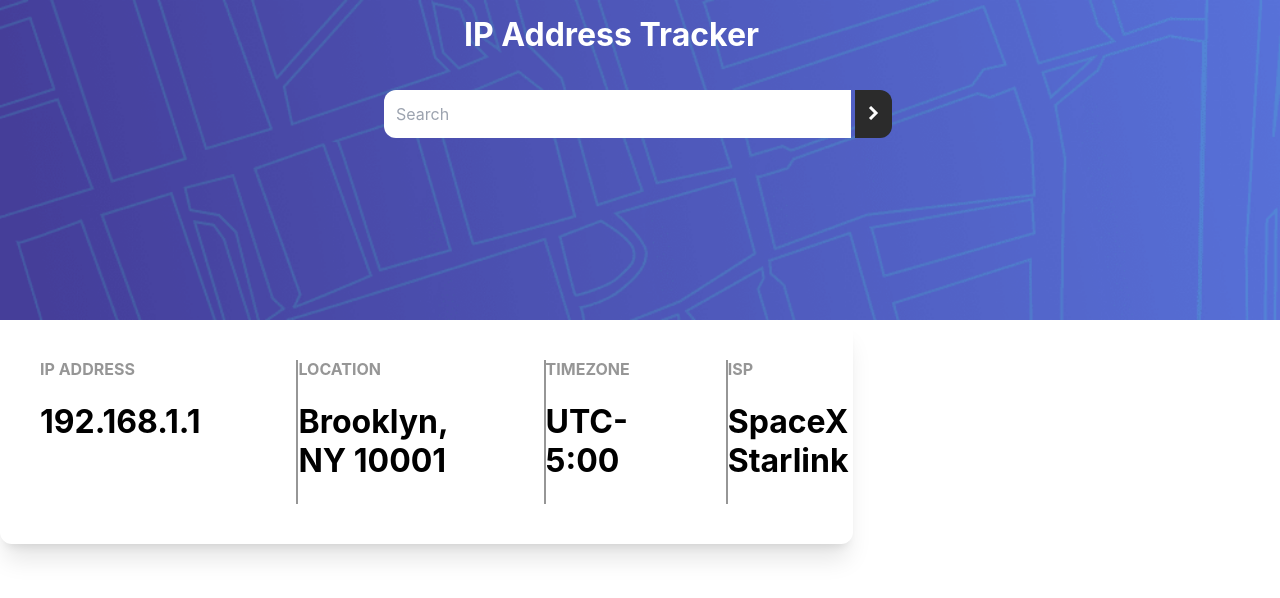
Repository: Dealsy/IP-Tracker
Page: /
The author's editor kept a copy of each file at every save. The page is drawn from the files as they stood at one save, then again after the next save.
The browser window is 1280 px wide. The pictures show the whole page.
The project was rebuilt for these pictures with package versions that can differ from the ones it lists, and the page was loaded fresh each time. The framework's server and built-in components were replaced by stand-ins that run in the browser. Also part of the build but not shown: next.config.js.

Above is the page before, as saved 2022-04-21 22:40:25.

### pages/index.js
import Head from "next/head";
import Arrow from "../images/icon-arrow.svg";
import Image from "next/image";

export default function Home() {
  return (
    <div>
      <Head>
        <title>Create Next App</title>
        <meta name="description" content="Generated by create next app" />
        <link rel="icon" href="/favicon.ico" />
      </Head>

      <main>
        <div className="  ">
          <div className="bg-Backdrop h-80 bg-no-repeat	 bg-cover relative ">
            <h2 className="text-white w-96 m-auto p-4">IP Address Tracker</h2>
            <div className="w-120 m-auto">
              <div className="flex flex-row items-baseline">
                <input
                  className="p-3 w-300 mt-5 rounded-l-xl"
                  type="search"
                  placeholder="Search"
                />
                <button className="bg-Dark-Gray p-3  rounded-r-xl hover:bg-hoverGray m-1 w-14">
                  <Image src={Arrow} alt="Arrow" />{" "}
                </button>
              </div>
            </div>
          </div>

          <div className="flex flex-row justify-evenly border-0 shadow-xl w-4/6 m-auto rounded-xl p-10 absolute top-25 z-40 ">
            <div className=" border-r-2 border-Gray pr-24">
              <h3>IP ADDRESS</h3>
              <h2> 192.168.1.1 </h2>
            </div>
            <div className=" border-r-2 border-Gray pr-24">
              <h3> LOCATION </h3>
              <h2> Brooklyn, NY 10001 </h2>
            </div>
            <div className=" border-r-2 border-Gray pr-24">
              <h3>TIMEZONE</h3>
              <h2> UTC-5:00 </h2>
            </div>
            <div>
              <h3>ISP</h3>
              <h2>SpaceX Starlink</h2>
            </div>
          </div>
        </div>
      </main>

      <footer></footer>
    </div>
  );
}

### styles/globals.css
@tailwind base;
@tailwind components;
@tailwind utilities;


h1 {
  font-size: 2.5rem;
  font-weight: 700;
  line-height: 1.2;
  margin-bottom: 1.5rem;
}

h2 {
  font-size: 2rem;
  font-weight: 700;
  line-height: 1.2;
  margin-bottom: 1.5rem;
}

h3 {
  font-size: 1rem;
  font-weight: 700;
  line-height: 1.2;
  margin-bottom: 1.5rem;
  color: #969696;
}


html,
body {
  padding: 0;
  margin: 0;
  font-family: -apple-system, BlinkMacSystemFont, Segoe UI, Roboto, Oxygen,
    Ubuntu, Cantarell, Fira Sans, Droid Sans, Helvetica Neue, sans-serif;
}

a {
  color: inherit;
  text-decoration: none;
}

* {
  box-sizing: border-box;
}

### tailwind.config.js
module.exports = {
  content: [
    "./pages/**/*.{js,ts,jsx,tsx}",
    "./components/**/*.{js,ts,jsx,tsx}",
  ],
  theme: {
    extend: {
      colors: {
        "Dark-Gray": "#2b2b2b",
        Gray: "#969696",
        hoverGray: "#3f3f3f",
      },
      backgroundImage: {
        Backdrop: "url('../images/pattern-bg.png')",
      },
      width: {
        100: "28rem",
        105: "29rem",
        110: "30rem",
        115: "31rem",
        120: "32rem",
        125: "33rem",
        130: "34rem",
        135: "35rem",
        140: "36rem",
        145: "37rem",
        150: "38rem",
        155: "39rem",
        160: "40rem",
        165: "41rem",
        170: "42rem",
        175: "43rem",
        180: "44rem",
        185: "45rem",
        300: "72rem",
      },
    },
  },
  plugins: [],
};

Loaded but not shown: pages/_app.js (common file)

After the next save:
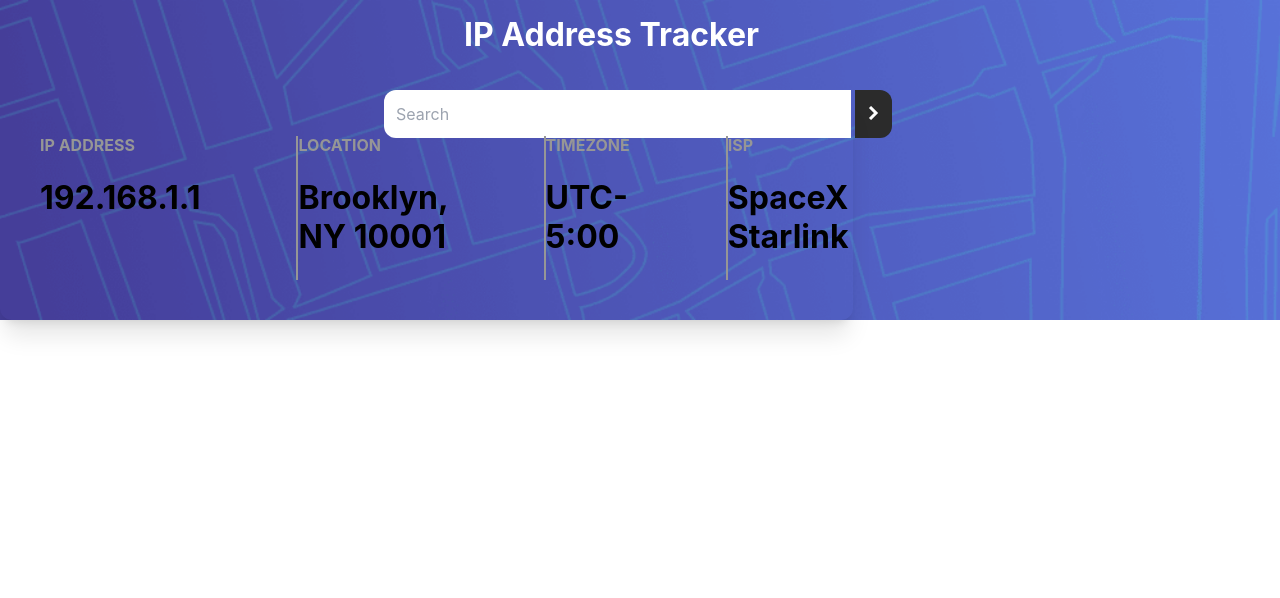
Saved 5 s later.
--- a/pages/index.js
+++ b/pages/index.js
@@ -29,7 +29,7 @@
             </div>
           </div>
 
-          <div className="flex flex-row justify-evenly border-0 shadow-xl w-4/6 m-auto rounded-xl p-10 absolute top-25 z-40 ">
+          <div className="flex flex-row justify-evenly border-0 shadow-xl w-4/6 m-auto rounded-xl p-10 absolute top-24 z-40 ">
             <div className=" border-r-2 border-Gray pr-24">
               <h3>IP ADDRESS</h3>
               <h2> 192.168.1.1 </h2>

After the 2 saves that followed:
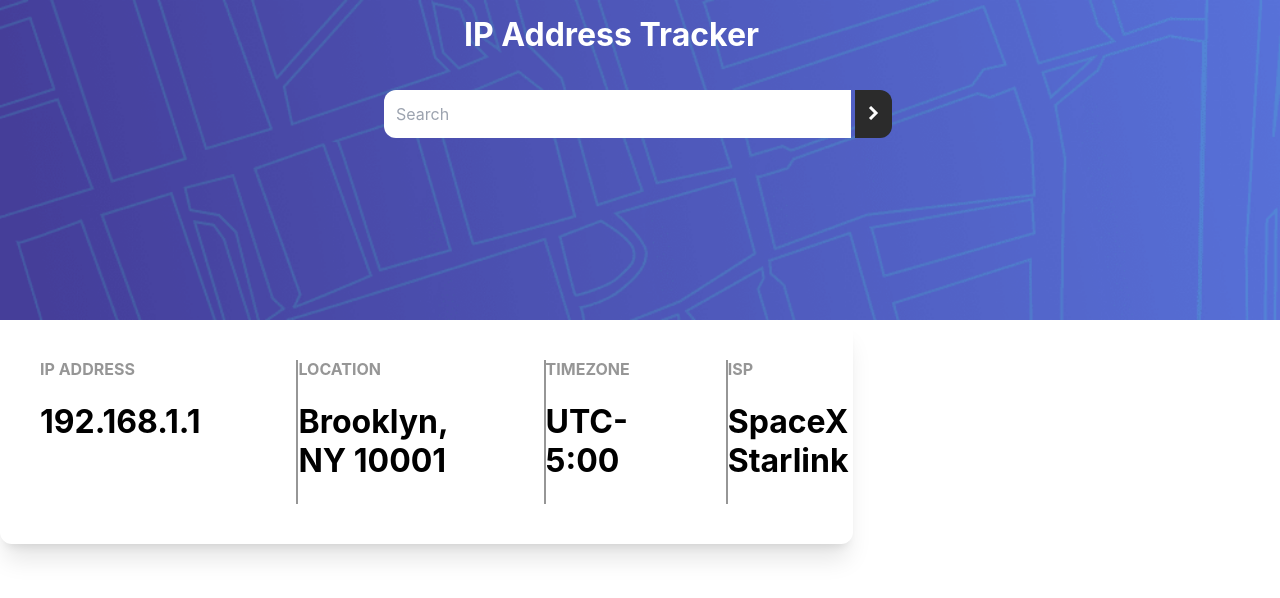
The 2 saves are shown as one change because 1 left the picture as it was.
The last was saved 12 s later.
--- a/pages/index.js
+++ b/pages/index.js
@@ -29,7 +29,7 @@
             </div>
           </div>
 
-          <div className="flex flex-row justify-evenly border-0 shadow-xl w-4/6 m-auto rounded-xl p-10 absolute top-24 z-40 ">
+          <div className="flex flex-row justify-evenly border-0 shadow-xl w-4/6 m-auto rounded-xl p-10 absolute top-25 z-40 ">
             <div className=" border-r-2 border-Gray pr-24">
               <h3>IP ADDRESS</h3>
               <h2> 192.168.1.1 </h2>
